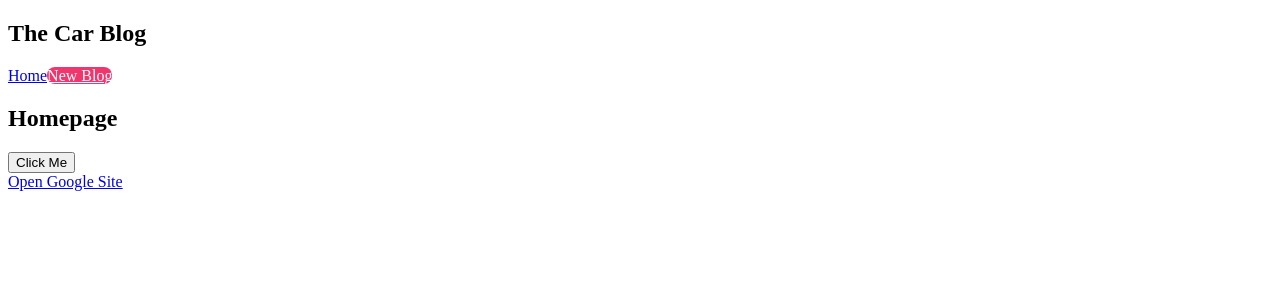
Repository: anuragkej/blogster
Page: /
An editor plug-in stored every save of this project. The page is shown before and after the next save, followed by the edit.
The browser window is 1280 px wide. The pictures show the whole page.
The project was rebuilt for these pictures with package versions that can differ from the ones it lists, and the page was loaded fresh each time.

Above is the page before, as saved 2024-08-21 02:20:33.

After the next save:
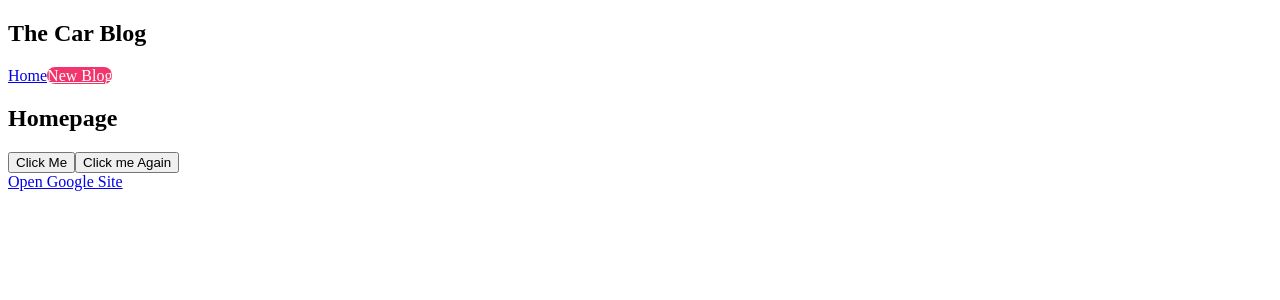
Saved 74 s later.
--- a/src/Home.js
+++ b/src/Home.js
@@ -7,6 +7,7 @@ const Home = () => {
     <div className="home">
       <h2>Homepage</h2>
       <button onClick={handleClick}>Click Me</button>
+      <button>Click me Again</button>
     </div>
   );
 };
